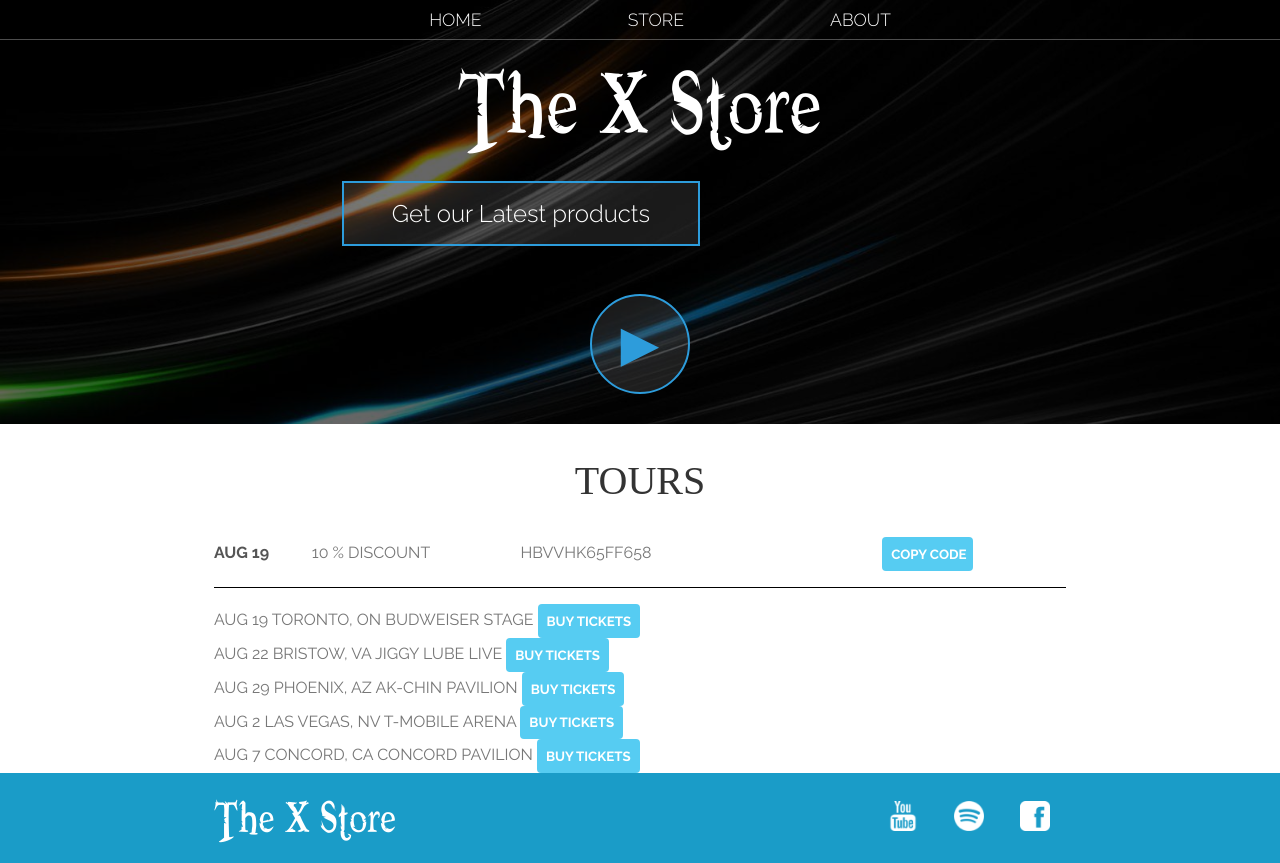
Repository: RL20/Strip_N_Shopping-cart
Page: index.html
The author's editor kept a copy of each file at every save. The page is drawn from the files as they stood at one save, then again after the next save.
The browser window is 1280 px wide. The pictures show the whole page.
Some web fonts or font styles are not loaded; a fallback is used.

Above is the page before, as saved 2022-08-18 19:07:14.

### index.html
<!DOCTYPE html>
<html>
  <head>
    <title>The X Store</title>
    <meta name="description" content="This is the description" />
    <link rel="stylesheet" href="styles.css" />
  </head>
  <body>
    <header class="main-header">
      <nav class="nav main-nav">
        <ul>
          <li><a href="index.html">HOME</a></li>
          <li><a href="store.html">STORE</a></li>
          <li><a href="about.html">ABOUT</a></li>
        </ul>
      </nav>
      <h1 class="band-name band-name-large">The X Store</h1>
      <div class="container">
        <button type="button" class="btn btn-header">Get our Latest products</button>
      </div>
      <button type="button" class="btn btn-header btn-play">&#9658;</button>
    </header>
    <section class="content-section container">
      <h2 class="section-header">TOURS</h2>
      <div>
        <div class="info-row">
          <span class="info-item info-date">AUG 19</span>
          <span class="info-item info-percent">10 % DISCOUNT</span>
          <span class="info-item info-coupon">HBVVHK65FF658</span>
          <button type="button" class="info-item info-btn btn btn-primary">COPY CODE</button>
        </div>
        <div class="tour-row">
          <span class="tour-item tour-date">AUG 19</span>
          <span class="tour-item tour-city">TORONTO, ON</span>
          <span class="tour-item tour-arena">BUDWEISER STAGE</span>
          <button type="button" class="tour-item tour-btn btn btn-primary">BUY TICKETS</button>
        </div>
        <div class="tour-row">
          <span class="tour-item tour-date">AUG 22</span>
          <span class="tour-item tour-city">BRISTOW, VA</span>
          <span class="tour-item tour-arena">JIGGY LUBE LIVE</span>
          <button type="button" class="tour-item tour-btn btn btn-primary">BUY TICKETS</button>
        </div>
        <div class="tour-row">
          <span class="tour-item tour-date">AUG 29</span>
          <span class="tour-item tour-city">PHOENIX, AZ</span>
          <span class="tour-item tour-arena">AK-CHIN PAVILION</span>
          <button type="button" class="tour-item tour-btn btn btn-primary">BUY TICKETS</button>
        </div>
        <div class="tour-row">
          <span class="tour-item tour-date">AUG 2</span>
          <span class="tour-item tour-city">LAS VEGAS, NV</span>
          <span class="tour-item tour-arena">T-MOBILE ARENA</span>
          <button type="button" class="tour-item tour-btn btn btn-primary">BUY TICKETS</button>
        </div>
        <div class="tour-row">
          <span class="tour-item tour-date">AUG 7</span>
          <span class="tour-item tour-city">CONCORD, CA</span>
          <span class="tour-item tour-arena">CONCORD PAVILION</span>
          <button type="button" class="tour-item tour-btn btn btn-primary">BUY TICKETS</button>
        </div>
      </div>
    </section>
    <footer class="main-footer">
      <div class="container main-footer-container">
        <h3 class="band-name">The X Store</h3>
        <ul class="nav footer-nav">
          <li>
            <a href="https://www.youtube.com" target="_blank">
              <img src="Images/Icons/Youtube Logo.png" />
            </a>
          </li>
          <li>
            <a href="https://www.spotify.com" target="_blank">
              <img src="Images/Icons/Spotify Logo.png" />
            </a>
          </li>
          <li>
            <a href="https://www.facebook.com" target="_blank">
              <img src="Images/Icons/Facebook Logo.png" />
            </a>
          </li>
        </ul>
      </div>
    </footer>
  </body>
</html>

<!-- <div class="info-row">
  <span class="info-item info-date">AUG 19</span>
  <span class="info-item info-percent">10 % DISCOUNT</span>
  <span class="info-item info-coupon">HBVVHK65FF658</span>
  <button type="button" class="info-item info-btn btn btn-primary">COPY CODE</button>
</div>
<div class="tour-row">
  <span class="tour-item tour-date">AUG 19</span>
  <span class="tour-item tour-city">TORONTO, ON</span>
  <span class="tour-item tour-arena">BUDWEISER STAGE</span>
  <button type="button" class="tour-item tour-btn btn btn-primary">BUY TICKETS</button>
</div> -->

### styles.css
@import url("https://fonts.googleapis.com/css?family=Raleway:300,400,700");
@import url("https://fonts.googleapis.com/css?family=Metal+Mania");

@font-face {
  font-family: "Booter - Zero Zero";
  src: url("Fonts/Booter - Zero Zero.woff") format("woff"), url("Fonts/Booter - Zero Zero.woff2") format("woff2");
  font-weight: normal;
  font-style: normal;
}

* {
  box-sizing: border-box;
  font-family: Raleway;
  color: #777;
}

html,
body {
  margin: 0;
  padding: 0;
  min-height: 100%;
}

.nav ul {
  margin: 0;
}

.nav li {
  display: inline;
}

.nav a {
  display: inline-block;
  padding: 0.5em;
  color: white;
  text-decoration: none;
}

.main-nav {
  text-align: center;
  font-size: 1.1em;
  font-weight: lighter;
  border-bottom: 1px solid rgba(255, 255, 255, 0.3);
}

.main-nav li {
  padding: 0 5%;
}

.nav a:hover {
  background-color: rgba(255, 255, 255, 0.3);
}

.main-header {
  background-color: rgba(0, 0, 0, 0.6);
  background-image: url("Images/Header Background.jpg");
  background-image: url("Images/bg2.jpg");
  background-blend-mode: multiply;
  background-size: cover;
  padding-bottom: 30px;
}

.band-name {
  text-align: center;
  margin: 0;
  font-size: 4em;
  font-family: "Booter - Zero Zero";
  font-weight: normal;
  color: white;
}

.band-name-large {
  font-size: 8em;
}

.content-section {
  margin: 1em;
}

.container {
  max-width: 900px;
  margin: 0 auto;
  padding: 0 1.5em;
}
.section-header {
  font-family: "Metal Mania";
  font-weight: normal;
  color: #333;
  text-align: center;
  font-size: 2.5em;
}

.about-band-image {
  float: left;
  height: 200px;
  width: 200px;
  margin: 15px;
  border-radius: 50%;
}

.main-footer {
  background-color: #1a9cc8;
  color: white;
  padding: 0.25em 0;
}

.main-footer-container {
  display: flex;
  align-items: center;
}

.main-footer-container ul {
  flex-grow: 1;
  text-align: end;
}

.footer-nav li {
  padding: 0 0.5em;
}

.footer-nav img {
  width: 30px;
  height: 30px;
}

.btn {
  text-align: center;
  vertical-align: middle;
  padding: 0.67em 0.67em;
  cursor: pointer;
}

.btn-header {
  margin: 0.5em 15% 2em 15%;
  color: white;
  border: 2px solid #2d9cdb;
  background-color: rgba(255, 255, 255, 0.1);
  border-radius: 0;
  font-size: 1.5em;
  font-weight: lighter;
  padding-left: 2em;
  padding-right: 2em;
}

.btn-header:hover {
  background-color: rgba(255, 255, 255, 0.3);
}

.btn-play {
  display: block;
  margin: 0 auto;
  color: #2d9cdb;
  font-size: 4em;
  border-radius: 50%;
  width: 100px;
  height: 100px;
  padding: 0;
  text-align: center;
}

.btn-primary {
  color: white;
  background-color: #56ccf2;
  border: none;
  border-radius: 0.3em;
  font-weight: bold;
}

.btn-primary:hover {
  background-color: #2d9cdb;
}

.info-row {
  border-bottom: 1px solid black;
  padding-bottom: 1em;
  margin-bottom: 1em;
}

.info-row:last-child {
  border: none;
}

.info-item {
  display: inline-block;
  padding-right: 0.5em;
}

.info-date {
  color: #555;
  width: 11%;
  font-weight: bold;
}

.info-percent {
  width: 24%;
}

.info-coupon {
  width: 42%;
}

.info-btn {
  max-width: 19%;
}

.shop-item {
  margin: 30px;
}

.shop-item-title {
  display: block;
  width: 100%;
  text-align: center;
  font-weight: bold;
  font-size: 1.5em;
  color: #333;
  margin-bottom: 15px;
}

.shop-item-image {
  height: 250px;
  width: min-content;
}

.shop-item-details {
  display: flex;
  align-items: center;
  padding: 5px;
}

.shop-item-price {
  flex-grow: 1;
  color: #333;
}

.shop-items {
  /* display: flex;
  flex-wrap: wrap;
  justify-content: space-around; */
  display: grid;
  grid-template-columns: repeat(2, 1fr);
  grid-auto-rows: 350px;
  grid-gap: 30px;
  grid-auto-flow: dense;
}

.cart-header {
  font-weight: bold;
  font-size: 1.25em;
  color: #333;
}

.cart-column {
  display: flex;
  align-items: center;
  border-bottom: 1px solid black;
  margin-right: 1.5em;
  padding-bottom: 10px;
  margin-top: 10px;
}

.cart-row {
  display: flex;
}

.cart-item {
  width: 45%;
}

.cart-price {
  width: 20%;
  font-size: 1.2em;
  color: #333;
}

.cart-quantity {
  width: 35%;
}

.cart-item-title {
  color: #333;
  margin-left: 0.5em;
  font-size: 1.2em;
}

.cart-item-image {
  width: 75px;
  height: auto;
  border-radius: 10px;
}

.btn-danger {
  color: white;
  background-color: #eb5757;
  border: none;
  border-radius: 0.3em;
  font-weight: bold;
}

.btn-danger:hover {
  background-color: #cc4c4c;
}

.cart-quantity-input {
  height: 34px;
  width: 50px;
  border-radius: 5px;
  border: 1px solid #56ccf2;
  background-color: #eee;
  color: #333;
  padding: 0;
  text-align: center;
  font-size: 1.2em;
  margin-right: 25px;
}

.cart-row:last-child {
  border-bottom: 1px solid black;
}

.cart-row:last-child .cart-column {
  border: none;
}

.cart-total {
  text-align: end;
  margin-top: 10px;
  margin-right: 10px;
}

.cart-total-title {
  font-weight: bold;
  font-size: 1.5em;
  color: black;
  margin-right: 20px;
}

.cart-total-price {
  color: #333;
  font-size: 1.1em;
}

.btn-purchase {
  display: block;
  margin: 40px auto 80px auto;
  font-size: 1.75em;
}

After the next save:
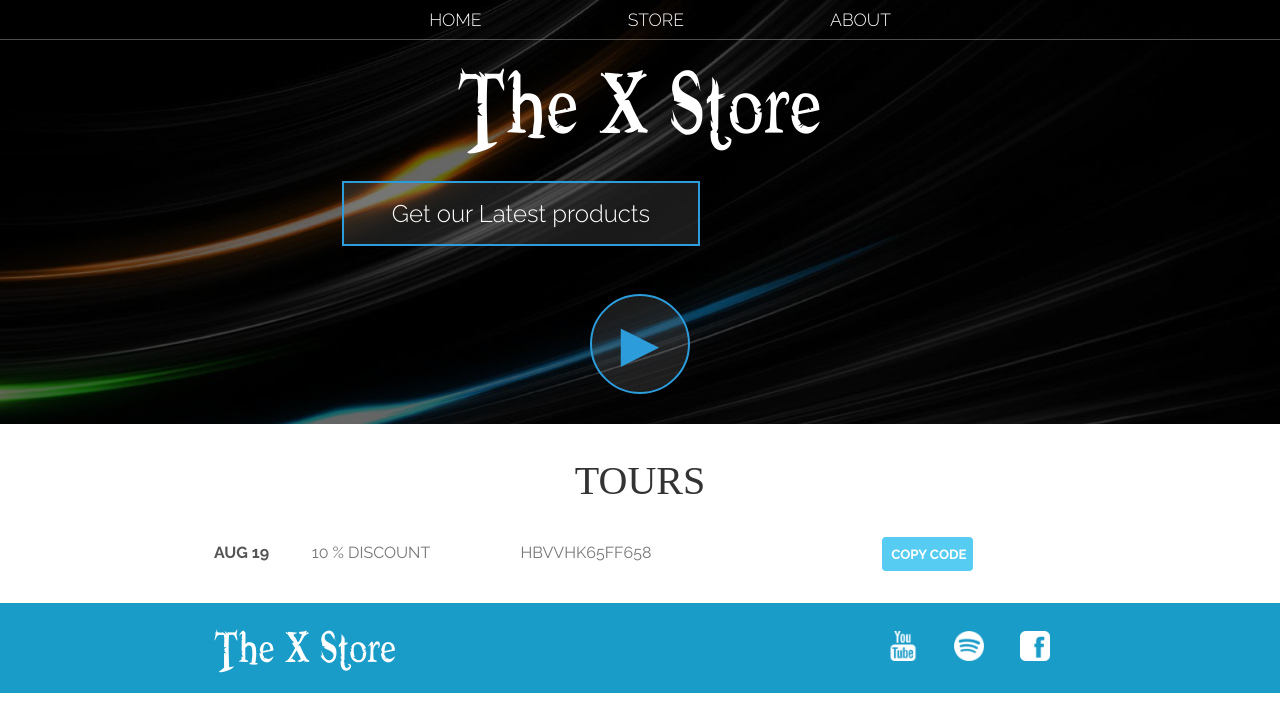
Saved 16 s later.
--- a/index.html
+++ b/index.html
@@ -28,36 +28,6 @@
           <span class="info-item info-percent">10 % DISCOUNT</span>
           <span class="info-item info-coupon">HBVVHK65FF658</span>
           <button type="button" class="info-item info-btn btn btn-primary">COPY CODE</button>
-        </div>
-        <div class="tour-row">
-          <span class="tour-item tour-date">AUG 19</span>
-          <span class="tour-item tour-city">TORONTO, ON</span>
-          <span class="tour-item tour-arena">BUDWEISER STAGE</span>
-          <button type="button" class="tour-item tour-btn btn btn-primary">BUY TICKETS</button>
-        </div>
-        <div class="tour-row">
-          <span class="tour-item tour-date">AUG 22</span>
-          <span class="tour-item tour-city">BRISTOW, VA</span>
-          <span class="tour-item tour-arena">JIGGY LUBE LIVE</span>
-          <button type="button" class="tour-item tour-btn btn btn-primary">BUY TICKETS</button>
-        </div>
-        <div class="tour-row">
-          <span class="tour-item tour-date">AUG 29</span>
-          <span class="tour-item tour-city">PHOENIX, AZ</span>
-          <span class="tour-item tour-arena">AK-CHIN PAVILION</span>
-          <button type="button" class="tour-item tour-btn btn btn-primary">BUY TICKETS</button>
-        </div>
-        <div class="tour-row">
-          <span class="tour-item tour-date">AUG 2</span>
-          <span class="tour-item tour-city">LAS VEGAS, NV</span>
-          <span class="tour-item tour-arena">T-MOBILE ARENA</span>
-          <button type="button" class="tour-item tour-btn btn btn-primary">BUY TICKETS</button>
-        </div>
-        <div class="tour-row">
-          <span class="tour-item tour-date">AUG 7</span>
-          <span class="tour-item tour-city">CONCORD, CA</span>
-          <span class="tour-item tour-arena">CONCORD PAVILION</span>
-          <button type="button" class="tour-item tour-btn btn btn-primary">BUY TICKETS</button>
         </div>
       </div>
     </section>
